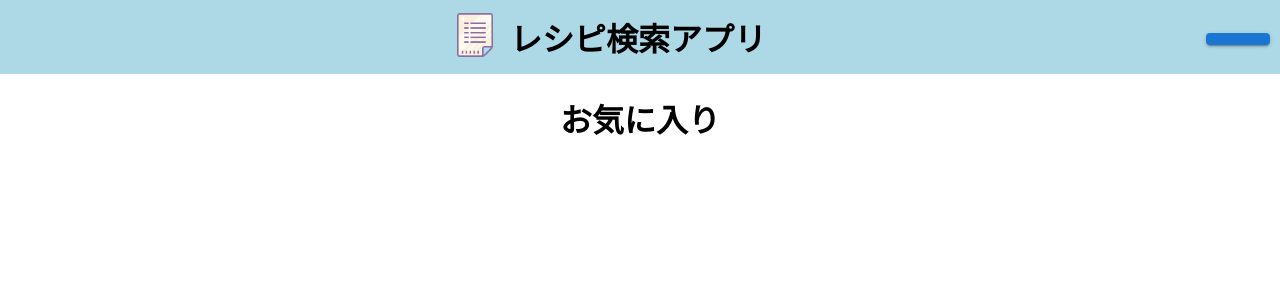
Repository: rweyb/recipe-search-app
Page: /favorites
These files come from the project's save history. The page is drawn as it stood at one moment and after the next save; the edit follows.
The browser window is 1280 px wide. The pictures show the whole page.
The project was rebuilt for these pictures with package versions that can differ from the ones it lists, and the page was loaded fresh each time. Also part of the build but not shown: src/components/RecipeResults.js, src/pages/HomePage.js, src/components/SearchBar.js, src/components/FavoritesButton.js, src/pages/RecipePage.js, src/pages/IngredientPage.js, src/reducers/RecipeSearch.js.

Above is the page before, as saved 2024-06-21 17:02:50.

### src/App.js
import React from 'react';
import { Route, RouterProvider, createBrowserRouter,
      createRoutesFromElements, } from 'react-router-dom';
import { QueryClient,QueryClientProvider } from 'react-query';
import Layout from './components/Layout';
import RecipeResults from './components/RecipeResults';
import HomePage from './pages/HomePage';
import FavoritesPage from './pages/FavoritesPage';
import RecipePage from './pages/RecipePage';
import IngredientPage from './pages/IngredientPage'
import RecipeSearch from './reducers/RecipeSearch';

const queryClient = new QueryClient();

const router = createBrowserRouter(
    createRoutesFromElements(
      <>
      <Route path='/' element={<Layout />}>
          <Route index element={<HomePage />} />
          <Route path='/favorites' element={<FavoritesPage />} />
          <Route path='/recipe' element={<RecipePage />} />
          <Route path='/ingredient' element={<IngredientPage />} />
          <Route path='/results' element={<RecipeResults />} />
          <Route path='/search' element={<RecipeSearch />} />
    </Route>
      </>
    )
);



const App = () => {
  return (
    <>
    <QueryClientProvider client = {queryClient}>
    <RouterProvider router={router} />
    </QueryClientProvider>
    </>

  );
};

export default App;

### src/components/Layout.js
import React from 'react';
import Header from './Header';
import { Outlet } from 'react-router-dom';

const Layout = () => {
    return (
    <>
        <Header />
        <Outlet /> {/* ここで子ルートがレンダリングされます */}
    </>
    );
};

export default Layout;

### src/pages/FavoritesPage.js
import React from "react";

const FavoritesPage = () => {
    return (
        <div>
            <h1>お気に入り</h1>
        </div>
    );
}

export default FavoritesPage;

### src/components/Header.js
import React from 'react';
import logo2 from '../logo/logo2.png';
import { Button } from '@mui/material';
import { useRecoilValue } from 'recoil';
import { FavoritesRecipeState } from './FavoritesRecipeState';
import { Link } from 'react-router-dom';


export default function Header() {

const favoritesCount = useRecoilValue(FavoritesRecipeState);

    const headerStyle = {
        display: 'flex', // フレックスボックスを使用
        justifyContent: 'space-between',
        alignItems: 'center', // 要素を垂直方向の中央に配置
        backgroundColor: 'lightblue', // ヘッダーの背景色
        padding: '10px', // パディング
    };

    const logoAndTitleStyle = {
        display: 'flex', // フレックスボックスを使用
        alignItems: 'center', // 要素を垂直方向の中央に配置
        justifyContent: 'center', // 要素を水平方向の中央に配置
        flexGrow: 1, // 利用可能なスペースを埋める
    };

    const logoStyle = {
        height: '50px',
        marginRight: '10px',
        cursor: 'pointer',
    };


    return (
    <>
    <header style={headerStyle}>
    <div style={logoAndTitleStyle}>
        <Link to="/">
        <img src={logo2} style={logoStyle} alt="レシピ"  />
        </Link>

        <h1 style={{margin: '0'}}>レシピ検索アプリ</h1>
    </div>
        <Link to="/favorites">
        <Button variant='contained'>{favoritesCount}</Button>
        </Link>

    </header>
    </>
    );
}

### src/components/Style.css
h1 {
    text-align: center;
    margin-bottom: 20px;
}

.search-container {
    display: flex;
    justify-content: center;
    align-items: center;
    height: 100px;
}

### src/components/FavoritesRecipeState.js
import { atom, atomFamily, selector } from "recoil";

export const FavoritesRecipeState = atom({
    key: 'FavoritesRecipeState',
    default: [],
});


export const FavoritesListAtom = atomFamily({
    key: "FavoritesListAtom",
    default: null
});

export const FavoritesSelector = selector({
    key: "FavoritesSelector",
    get: ({ get }) => {
        const lists = get(FavoritesRecipeState);
        return lists.map(id => get(FavoritesListAtom(id)));
    },

    //リストの追加/完了済/削除操作
    set: ({ set, reset}, {type, id, newItem }) => {
        switch (type) {

            //新たな（FavoritesListAtom）を生成
            case 'add' :
                set(FavoritesListAtom(newItem.id), newItem);
                set(FavoritesRecipeState, lists =>[...lists, newItem.id]);
                break;
            //既存の項目（idであるFavoritesListAtom）のisDoneプロバディをtrueに
            case 'done' :
                set(FavoritesListAtom(id), todo => ({ ...todo, isDone: true}));
                break;
            //既存の項目(idであるFavoritesListAtom)を削除＆
            //id群(idsAtom)から、対応するid値を削除
            case 'remove' :
                reset(FavoritesListAtom(id));
                set(FavoritesRecipeState, lists => lists.filter(e => e !== id));
                break;
                default :
                throw new Error('Type is invalid.');
        }
    }
});

Loaded but not shown: public/index.html (common file); src/index.js (common file); src/index.css (common file); src/reportWebVitals.js (common file)

After the next save:
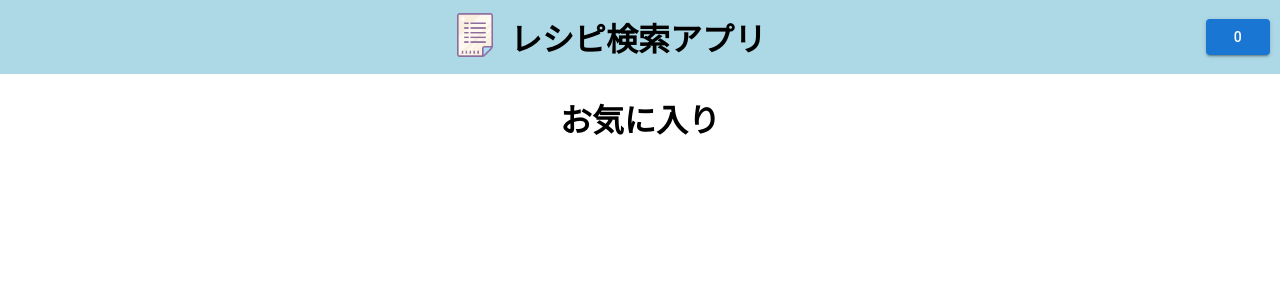
Saved 25 min 7 s later.
--- a/src/components/Header.js
+++ b/src/components/Header.js
@@ -8,7 +8,9 @@ import { Link } from 'react-router-dom';
 
 export default function Header() {
 
-const favoritesCount = useRecoilValue(FavoritesRecipeState);
+const favoritesIds = useRecoilValue(FavoritesRecipeState);
+const favoritesCount = favoritesIds.length;
+
 
     const headerStyle = {
         display: 'flex', // フレックスボックスを使用
